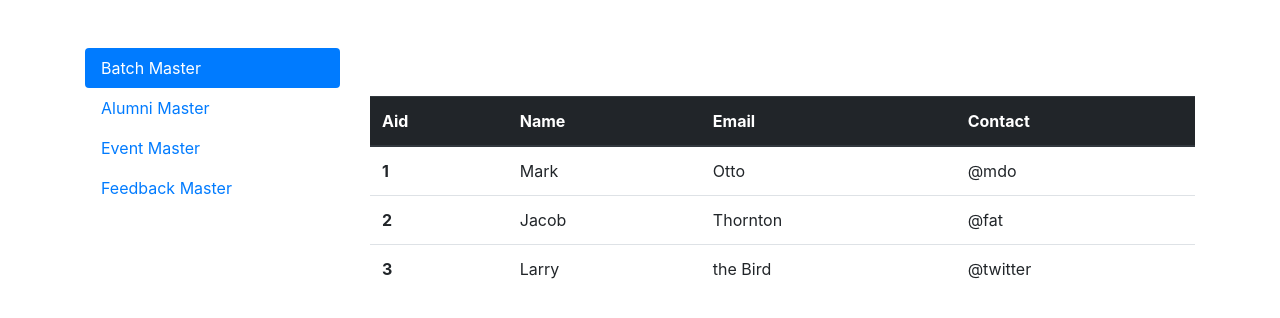
Repository: Shreyash1107/Web_Projects
Page: http://localhost/AlumnieventmanagementApplication/Viewalumni.jsp
The author's editor kept a copy of each file at every save. The page is drawn from the files as they stood at one save, then again after the next save.
The browser window is 1280 px wide. The pictures show the whole page.
The page is served by Tomcat 9. Nobody is signed in. The application's start-up code is not run.

Above is the page before, as saved 2024-07-30 06:45:05.

After the next save:
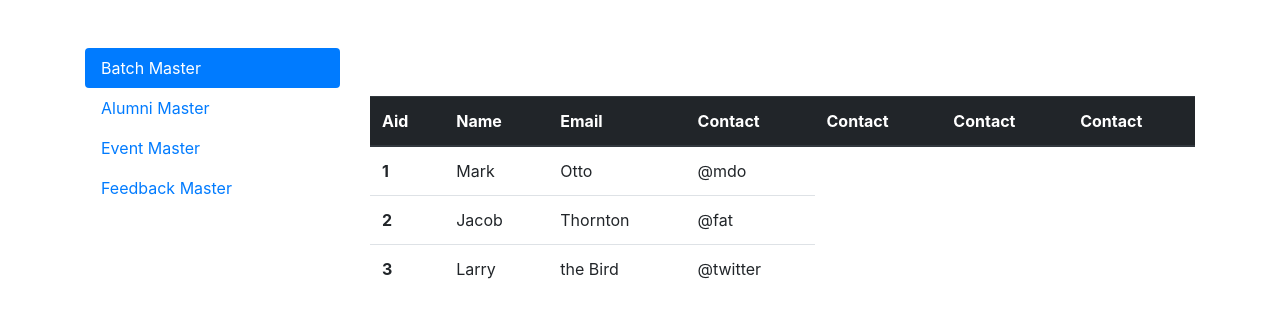
Saved 28 s later.
--- a/AlumnieventmanagementApplication/src/main/webapp/Viewalumni.jsp
+++ b/AlumnieventmanagementApplication/src/main/webapp/Viewalumni.jsp
@@ -43,6 +43,9 @@
 										<th scope="col">Name</th>
 										<th scope="col">Email</th>
 										<th scope="col">Contact</th>
+										<th scope="col">Contact</th>
+										<th scope="col">Contact</th>
+										<th scope="col">Contact</th>
 									</tr>
 								</thead>
 								<tbody>
